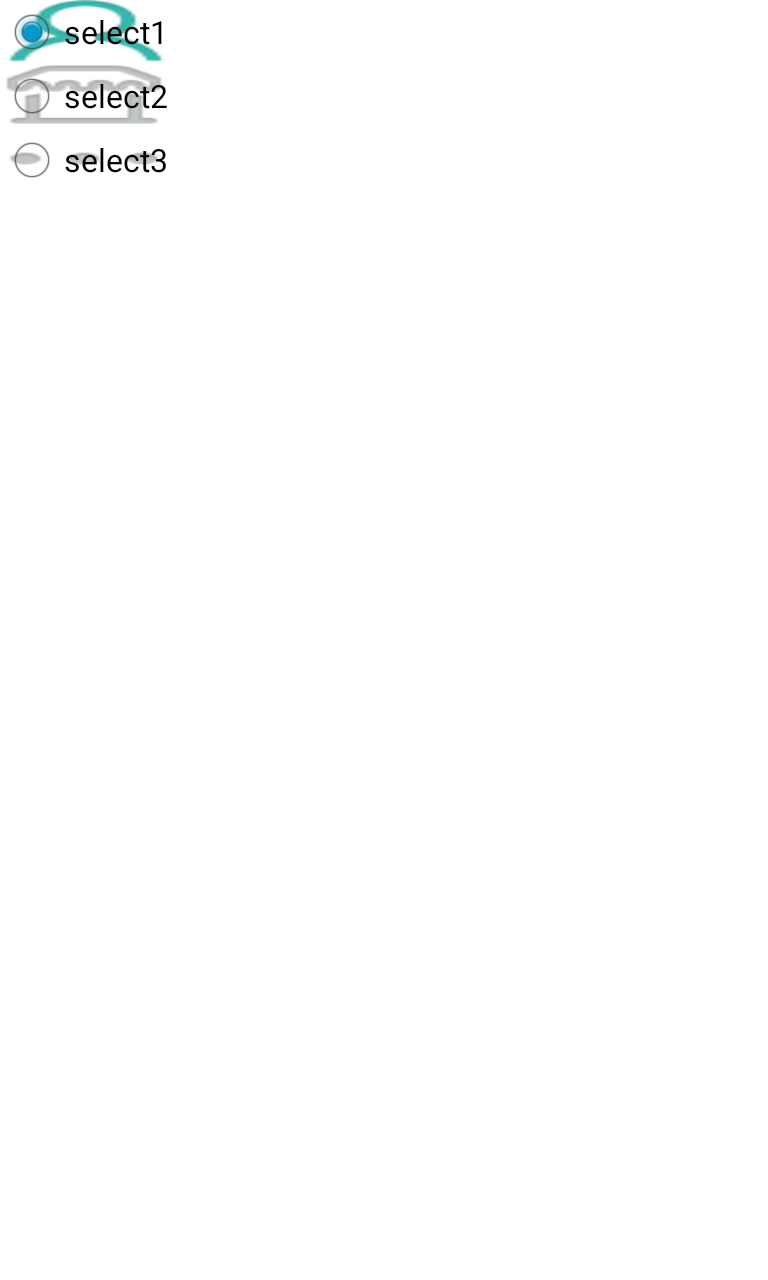
Repository: Lei13/Android
Layout: android_frame/res/layout/main_fragment_activity_layout.xml
The author's editor kept a copy of each file at every save. The layout is drawn from the files as they stood at one save, then again after the next save.
It is drawn on a 768 x 1280 px phone screen (xhdpi) without system bars, with theme AppTheme; the app's code is not run. Lists and similar views that code fills are empty.

Above is the layout before, as saved 2015-12-06 06:48:12.

### android_frame/res/layout/main_fragment_activity_layout.xml
<?xml version="1.0" encoding="utf-8"?>
<RelativeLayout xmlns:android="http://schemas.android.com/apk/res/android"
    android:layout_width="match_parent"
    android:layout_height="match_parent" >

    <RadioGroup
        android:id="@+id/fragment_radios"
        android:layout_width="wrap_content"
        android:layout_height="wrap_content" >

        <RadioButton
            android:id="@+id/fragment_btn1"
            android:layout_width="wrap_content"
            android:layout_height="wrap_content"
            android:background="@drawable/tab_button1_selector"
            android:text="select1"
            android:checked="true"/>

        <RadioButton
            android:id="@+id/fragment_btn2"
            android:layout_width="wrap_content"
            android:layout_height="wrap_content"
            android:background="@drawable/tab_button2_selector"
            android:text="select2" />

        <RadioButton
            android:id="@+id/fragment_btn3"
            android:layout_width="wrap_content"
            android:layout_height="wrap_content"
            android:background="@drawable/tab_button3_selector"
            android:text="select3" />
    </RadioGroup>

    <android.support.v4.view.ViewPager
        android:id="@+id/fragment_pager"
        android:layout_above="@id/fragment_radios"
        android:layout_width="match_parent"
        android:layout_height="match_parent" />

</RelativeLayout>

### android_frame/res/values/styles.xml
<resources xmlns:android="http://schemas.android.com/apk/res/android">

    <!--
        Base application theme, dependent on API level. This theme is replaced
        by AppBaseTheme from res/values-vXX/styles.xml on newer devices.
    -->
    <style name="AppBaseTheme" parent="android:Theme.Light">
        <!--
            Theme customizations available in newer API levels can go in
            res/values-vXX/styles.xml, while customizations related to
            backward-compatibility can go here.
        -->
    </style>

    <!-- Application theme. -->
    <style name="AppTheme" parent="AppBaseTheme">
        <!-- All customizations that are NOT specific to a particular API-level can go here. -->
    </style>

    <style name="shape_style">
        <item name="android:layout_width">wrap_content</item>
        <item name="android:layout_height">wrap_content</item>
        <item name="android:textSize">18sp</item>
        <item name="android:padding">5dp</item>
        <item name="android:layout_marginTop">5dp</item>
        <item name="android:gravity">center</item>

    </style>
</resources>

### android_frame/res/drawable/tab_button1_selector.xml
<?xml version="1.0" encoding="utf-8"?>
<selector xmlns:android="http://schemas.android.com/apk/res/android" >
    <item android:drawable="@drawable/ic_menu_user_on" android:state_checked="true"/>
	<item android:drawable="@drawable/ic_menu_user_on" android:state_selected="true"/>
    <item android:drawable="@drawable/ic_menu_user_off"/>
</selector>

### android_frame/res/drawable/tab_button2_selector.xml
<?xml version="1.0" encoding="utf-8"?>
<selector xmlns:android="http://schemas.android.com/apk/res/android" >
    <item android:drawable="@drawable/ic_menu_poi_on" android:state_checked="true"/>
	<item android:drawable="@drawable/ic_menu_poi_on" android:state_selected="true"/>
    <item android:drawable="@drawable/ic_menu_poi_off"/>
</selector>

### android_frame/res/drawable/tab_button3_selector.xml
<?xml version="1.0" encoding="utf-8"?>
<selector xmlns:android="http://schemas.android.com/apk/res/android" >
    <item android:drawable="@drawable/ic_menu_more_on" android:state_checked="true"/>
	<item android:drawable="@drawable/ic_menu_more_on" android:state_selected="true"/>
    <item android:drawable="@drawable/ic_menu_more_off"/>
</selector>

Loaded but not shown: android_frame/res/values-v11/styles.xml (common file); android_frame/res/values-v14/styles.xml (common file)

After the next save:
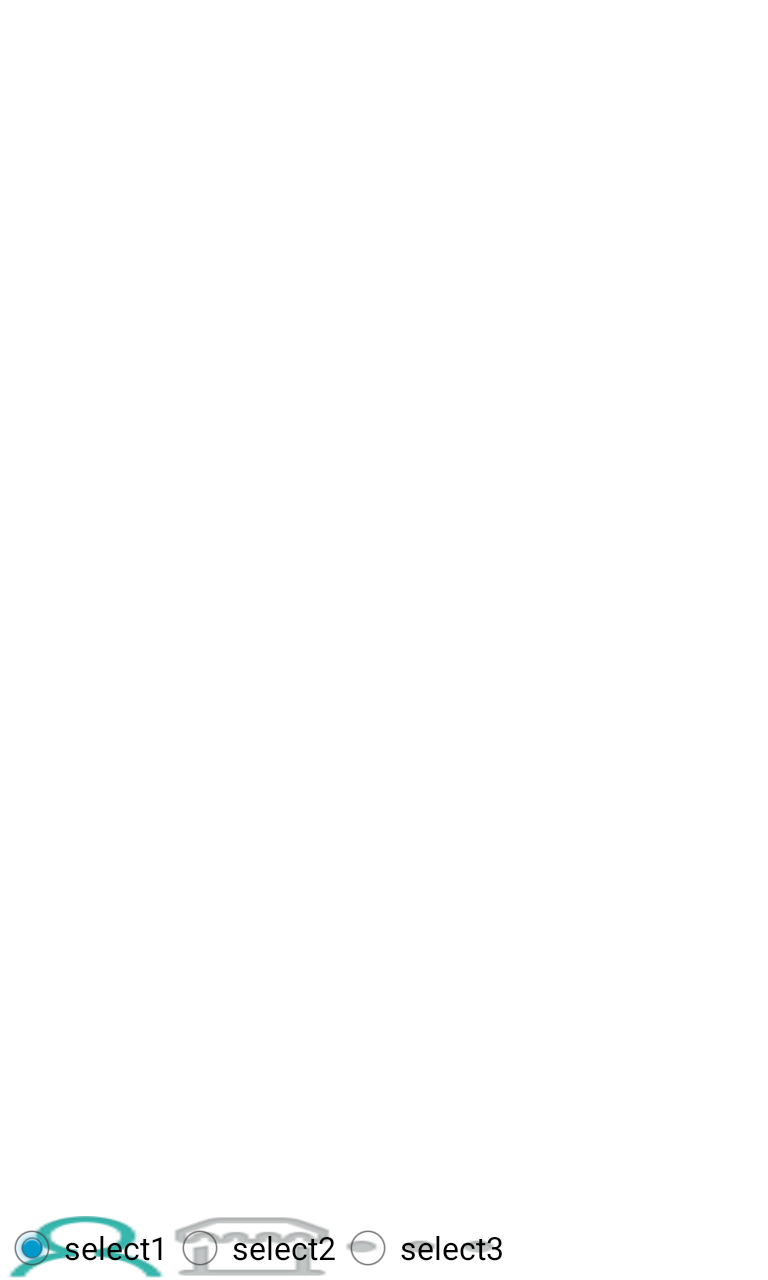
Saved 58 s later.
--- a/android_frame/res/layout/main_fragment_activity_layout.xml
+++ b/android_frame/res/layout/main_fragment_activity_layout.xml
@@ -4,9 +4,11 @@
     android:layout_height="match_parent" >
 
     <RadioGroup
+        android:layout_alignParentBottom="true"
         android:id="@+id/fragment_radios"
         android:layout_width="wrap_content"
-        android:layout_height="wrap_content" >
+        android:layout_height="wrap_content"
+        android:orientation="horizontal" >
 
         <RadioButton
             android:id="@+id/fragment_btn1"
